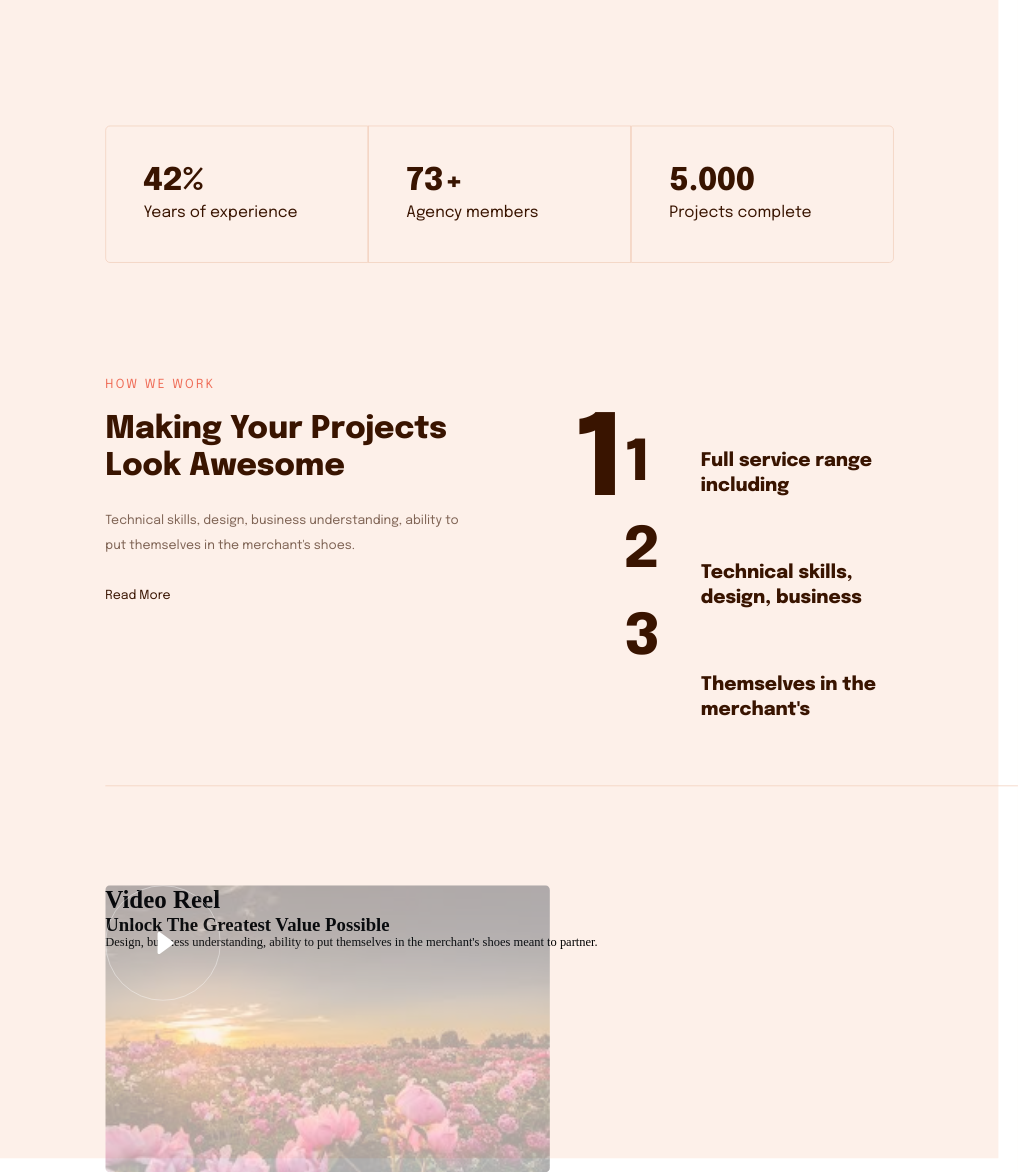
Repository: AytacJafarova/task2
Page: index.html
An editor plug-in stored every save of this project. The page is shown before and after the next save, followed by the edit.
The browser window is 1280 px wide. The page is 1305 px wide, so the pictures cover 1305 px, including what lies to the right of the window. The pictures show the whole page, at 78% of full size.

Above is the page before, as saved 2023-08-01 14:16:34.

After the next save:
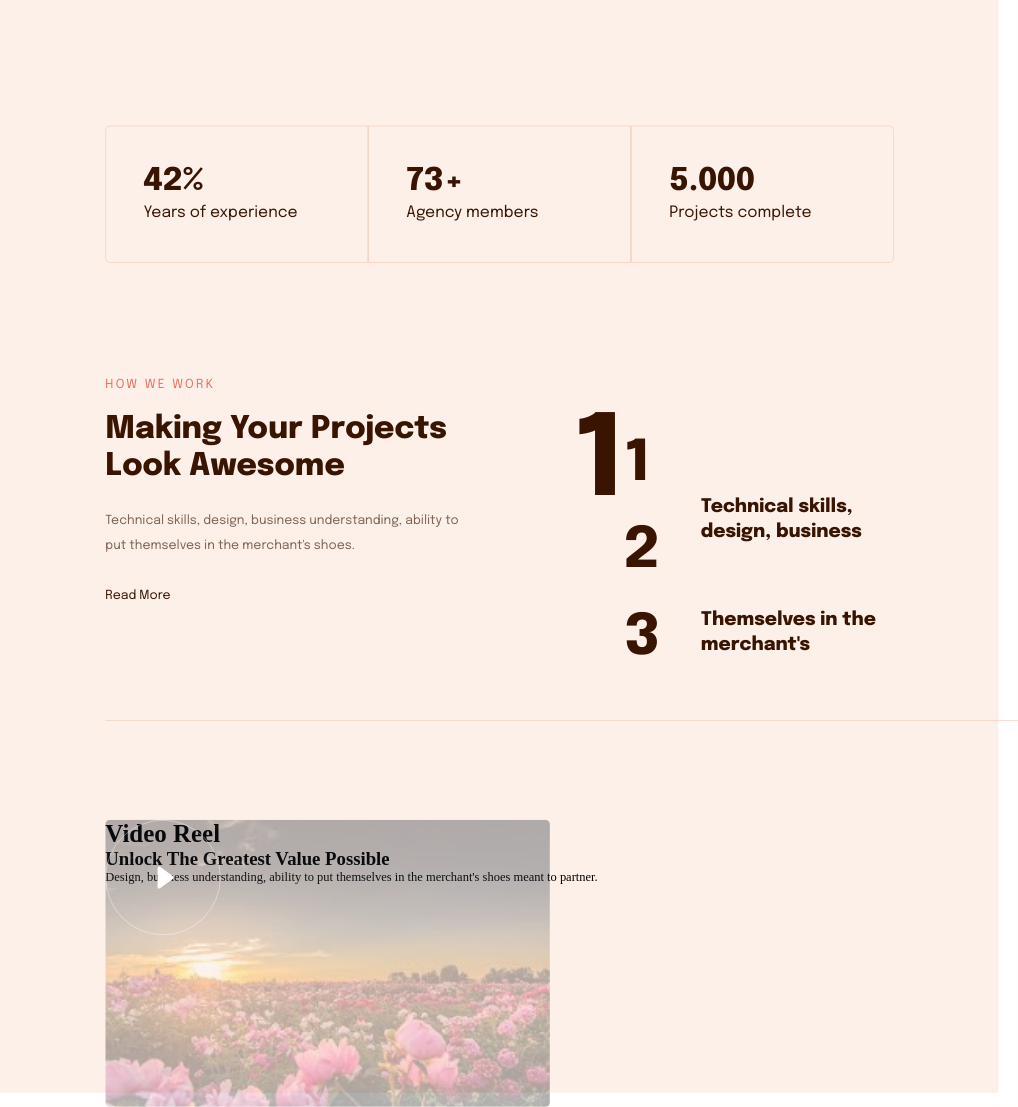
Saved 6 s later.
--- a/index.html
+++ b/index.html
@@ -49,7 +49,7 @@
                     <li>3</li>
                 </ul>
                 <div class="texts">
-                    <h1>Full service range including</h1>
+                    <h1></h1>
                     <h1>Technical skills, design, business</h1>
                     <h1>Themselves in the merchant's</h1>
                 </div>
